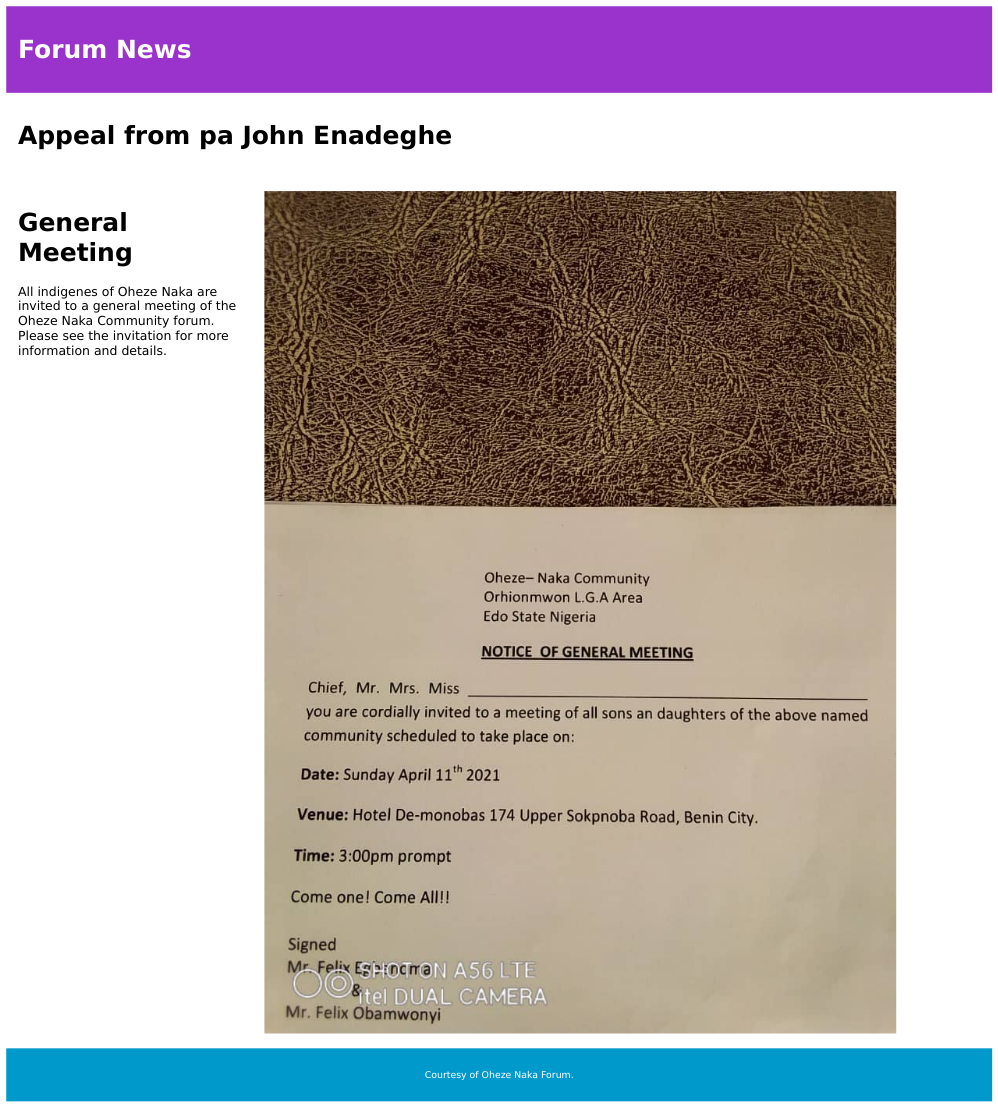
Repository: OtasowieRotimiOsifo/oheze-naka-forum
Page: activities.html
These files come from the project's save history. The page is drawn as it stood at one moment and after the next save; the edit follows.
The browser window is 1280 px wide. The pictures show the whole page, at 78% of full size.

Above is the page before, as saved 2021-03-20 21:28:58.

After the next save:
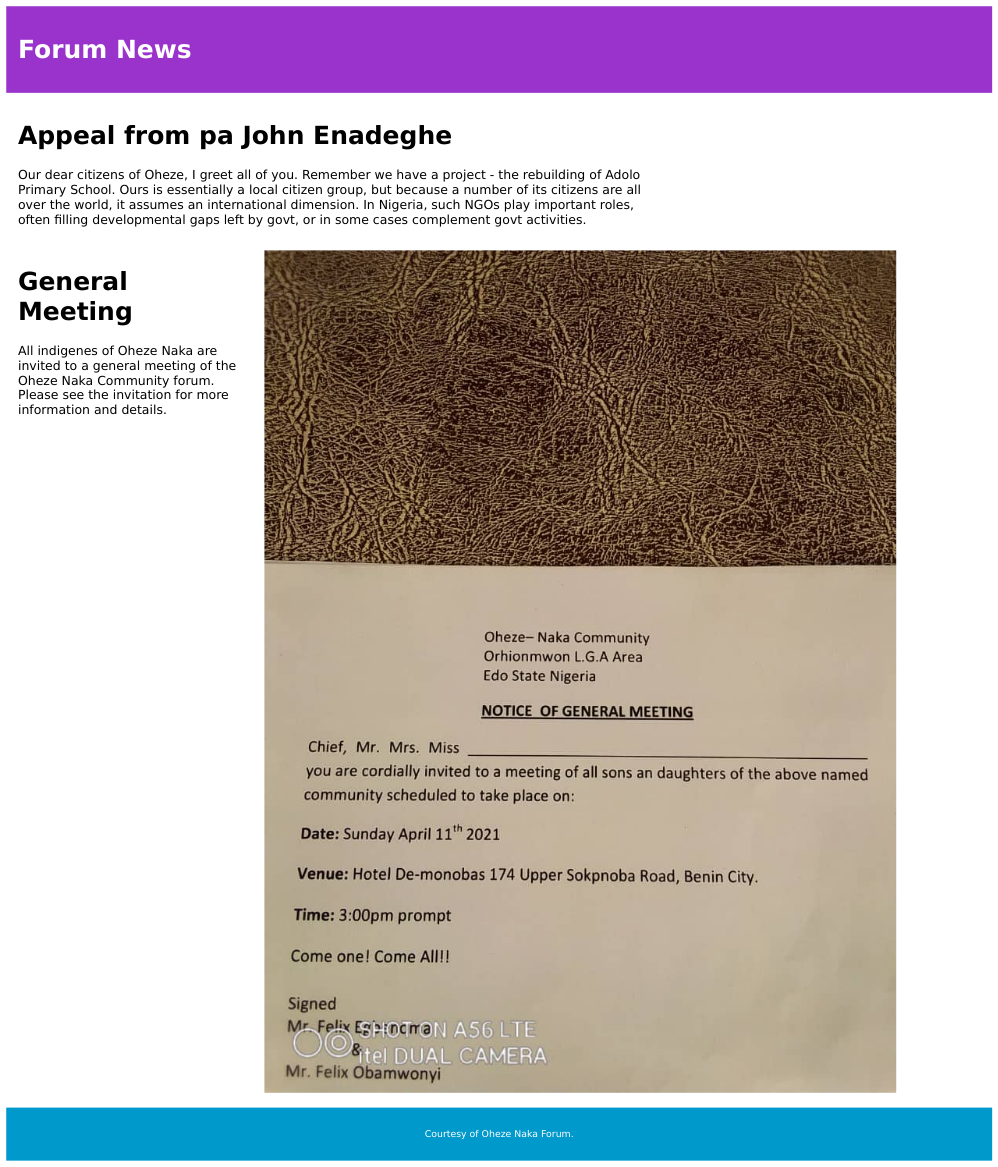
Saved 2 min 20 s later.
--- a/activities.html
+++ b/activities.html
@@ -116,6 +116,8 @@ html {
   <div class="row">
     <div class="col-8 col-s-12">
       <h1>Appeal from pa John Enadeghe</h1>
+      <span>Our dear citizens of Oheze, I greet all of you. Remember we have a project  - the rebuilding of Adolo Primary School.</span>
+      <span>Ours is essentially a local citizen group, but because a number of its citizens are all over the world,  it assumes an international dimension. In Nigeria, such NGOs play important roles, often filling developmental gaps left by govt,  or in some cases  complement govt activities. </span>
     </div>
     </div>
 <div class="col-3 col-s-3">
